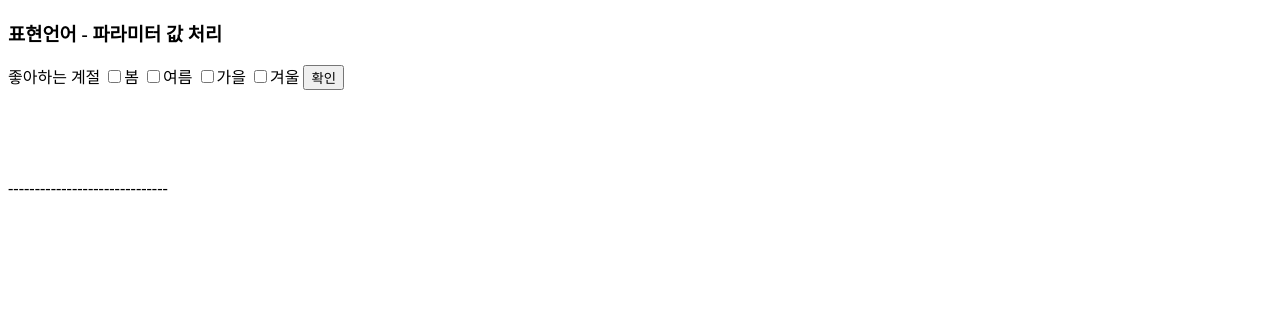
Repository: coolSummer1119/study
Page: http://localhost/ch03_Jsp/ch20_el/s03_el.jsp
An editor plug-in stored every save of this project. The page is shown before and after the next save, followed by the edit.
The browser window is 1280 px wide. The pictures show the whole page.
The page is served by Tomcat 9. Other server files are loaded and not shown.

Above is the page before, as saved 2024-05-07 08:23:50.

### workspace/ch03_Jsp/src/main/webapp/ch20_el/s03_el.jsp
<%@ page language="java" contentType="text/html; charset=UTF-8"
    pageEncoding="UTF-8"%>
<%
	//전송된 데이터 인코딩 타입 지정
	request.setCharacterEncoding("utf-8");
%>
<!DOCTYPE html>
<html>
<head>
<meta charset="UTF-8">
<title>표현언어 - 파라미터 값 처리</title>
</head>
<body>
<h3>표현언어 - 파라미터 값 처리</h3>
<form action="s03_el.jsp" method="post" >
	좋아하는 계절
	<input type="checkbox" name="season" value="봄">봄
	<input type="checkbox" name="season" value="여름">여름
	<input type="checkbox" name="season" value="가을">가을
	<input type="checkbox" name="season" value="겨울">겨울
	<input type="submit" value="확인">
</form>
<br>
${paramValues.season[0]}<br>
${paramValues.season[1]}<br>
${paramValues.season[2]}<br>
${paramValues.season[3]}<br>
------------------------------<br>
${paramValues["season"][0]}<br>
${paramValues["season"][1]}<br>
${paramValues["season"][2]}<br>
${paramValues["season"][3]}<br>

</body>
</html>

After the next save:
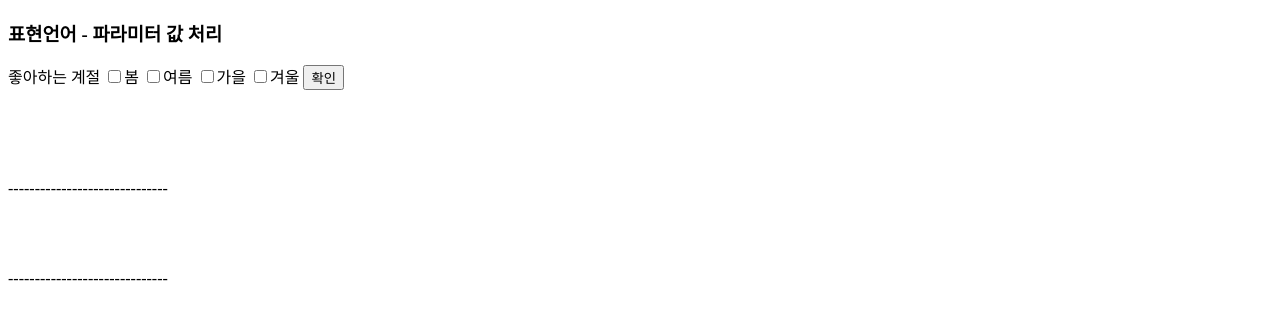
Saved 15 h 49 min later.
--- a/workspace/ch03_Jsp/src/main/webapp/ch20_el/s03_el.jsp
+++ b/workspace/ch03_Jsp/src/main/webapp/ch20_el/s03_el.jsp
@@ -1,5 +1,6 @@
 <%@ page language="java" contentType="text/html; charset=UTF-8"
     pageEncoding="UTF-8"%>
+<%@ taglib prefix="c" uri="http://java.sun.com/jsp/jstl/core" %>
 <%
 	//전송된 데이터 인코딩 타입 지정
 	request.setCharacterEncoding("utf-8");
@@ -30,6 +31,9 @@
 ${paramValues["season"][1]}<br>
 ${paramValues["season"][2]}<br>
 ${paramValues["season"][3]}<br>
+------------------------------<br>
+<c:forEach var="i" items="${paramValues.season}" begin="0" end="4">
+</c:forEach>
 
 </body>
 </html>
